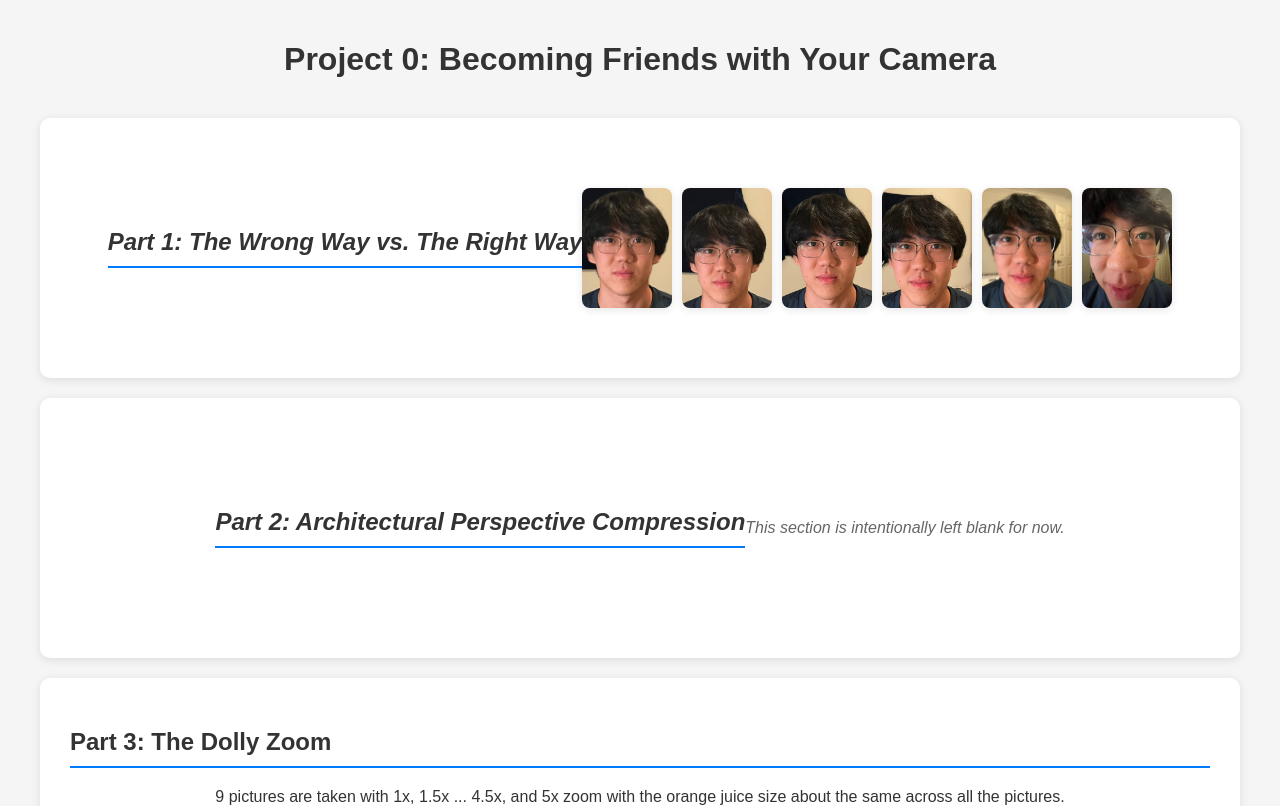
Repository: shuo-yuan/shuo-yuan.github.io
Page: 0/index.html
These files come from the project's save history. The page is drawn as it stood at one moment and after the next save; the edit follows.
The browser window is 1280 px wide. The pictures show the part of the page from y = 0 to 806 px (the page is 1200 px tall).
A picture or video elsewhere on the page could not be fetched, so the positions and the page height are approximate.

Above is the page before, as saved 2025-09-02 02:01:18.

### 0/index.html
<!DOCTYPE html>
<html lang="en">
<head>
    <meta charset="UTF-8">
    <meta name="viewport" content="width=device-width, initial-scale=1.0">
    <title>Project 0: Becoming Friends with Your Camera</title>
    <style>
        body {
            font-family: Arial, sans-serif;
            max-width: 1200px;
            margin: 0 auto;
            padding: 20px;
            background-color: #f5f5f5;
        }

        .part {
            background: white;
            margin: 20px 0;
            padding: 30px;
            border-radius: 10px;
            box-shadow: 0 2px 10px rgba(0,0,0,0.1);
        }

        .part h2 {
            color: #333;
            border-bottom: 2px solid #007bff;
            padding-bottom: 10px;
            margin-bottom: 20px;
        }

        .part1, .part2 {
            min-height: 200px;
            display: flex;
            align-items: center;
            justify-content: center;
            color: #666;
            font-style: italic;
        }

        .gif-container {
            text-align: center;
        }

        .gif-container img {
            max-width: 60%;
            height: auto;
            border-radius: 8px;
            box-shadow: 0 4px 15px rgba(0,0,0,0.2);
        }

        .gif-container p {
            margin-top: 15px;
            color: #666;
            font-size: 14px;
        }

        .selfie-row {
            display: flex;
            justify-content: center;
            align-items: center;
            gap: 10px;
            margin: 20px 0;
            flex-wrap: wrap;
        }

        .selfie-row img {
            max-width: 120px;
            max-height: 120px;
            width: auto;
            height: auto;
            border-radius: 8px;
            box-shadow: 0 2px 8px rgba(0,0,0,0.1);
            object-fit: cover;
        }
    </style>
</head>
<body>
    <h1 style="text-align: center; color: #333; margin-bottom: 40px;">Project 0: Becoming Friends with Your Camera</h1>

    <div class="part part1">
        <h2>Part 1: The Wrong Way vs. The Right Way</h2>
        <div class="selfie-row">
            <img src="media/selfie_5.jpg" alt="Selfie 5x">
            <img src="media/selfie_4.jpg" alt="Selfie 4x">
            <img src="media/selfie_3.jpg" alt="Selfie 3x">
            <img src="media/selfie_2.jpg" alt="Selfie 2x">
            <img src="media/selfie_1.jpg" alt="Selfie 1x">
            <img src="media/selfie_05.jpg" alt="Selfie 0.5x">
        </div>
    </div>

    <div class="part part2">
        <h2>Part 2: Architectural Perspective Compression</h2>
        <div class="part2">
            <p>This section is intentionally left blank for now.</p>
        </div>
    </div>

    <div class="part part3">
        <h2>Part 3: The Dolly Zoom</h2>
        <p style="text-align: center; margin-bottom: 20px; color: #333; font-size: 16px;">9 pictures are taken with 1x, 1.5x ... 4.5x, and 5x zoom with the orange juice size about the same across all the pictures.</p>
        <div class="gif-container">
            <img src="../0/media/recurring_animation.gif" alt="Recurring Animation GIF" onerror="this.style.display='none'; this.nextElementSibling.style.display='block';">
        </div>
    </div>
</body>
</html>

After the next save:
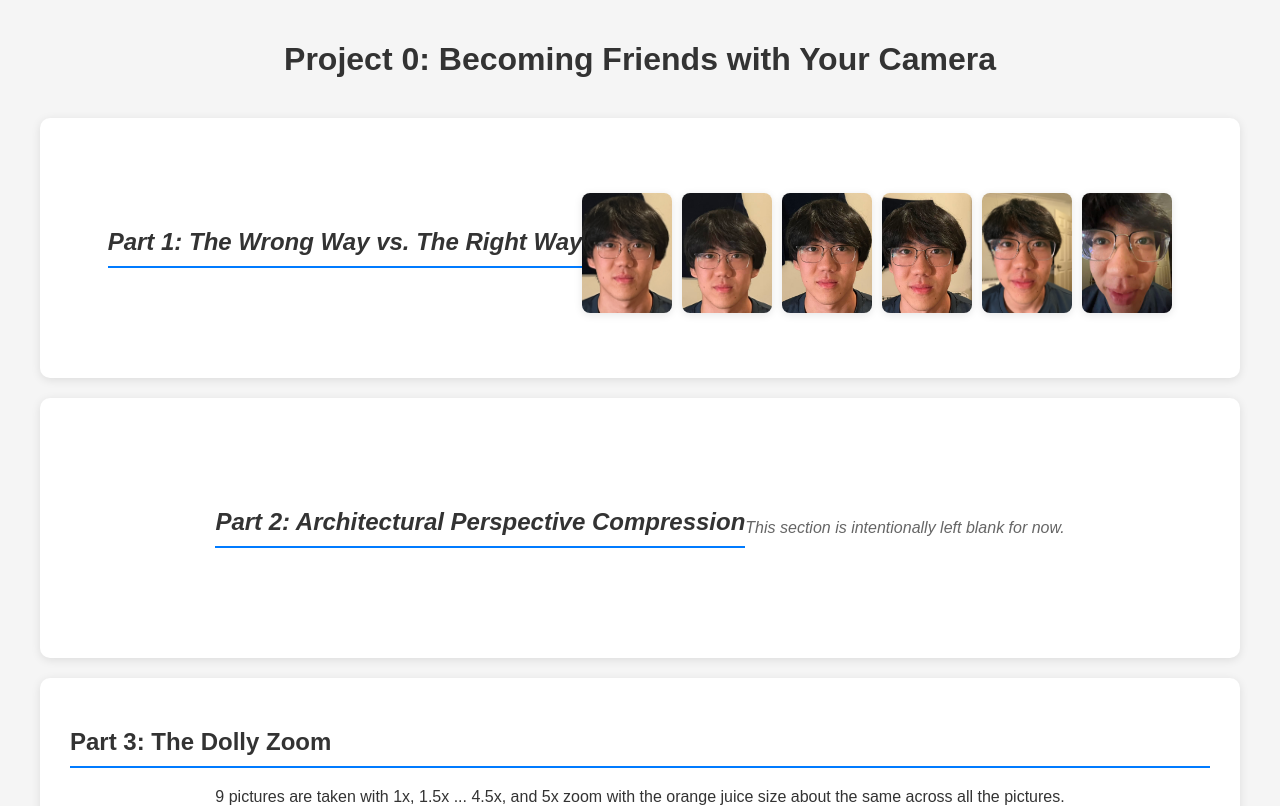
Saved 93 s later.
--- a/0/index.html
+++ b/0/index.html
@@ -59,7 +59,7 @@
             justify-content: center;
             align-items: center;
             gap: 10px;
-            margin: 20px 0;
+            margin: 30px 0 20px 0;
             flex-wrap: wrap;
         }
 
